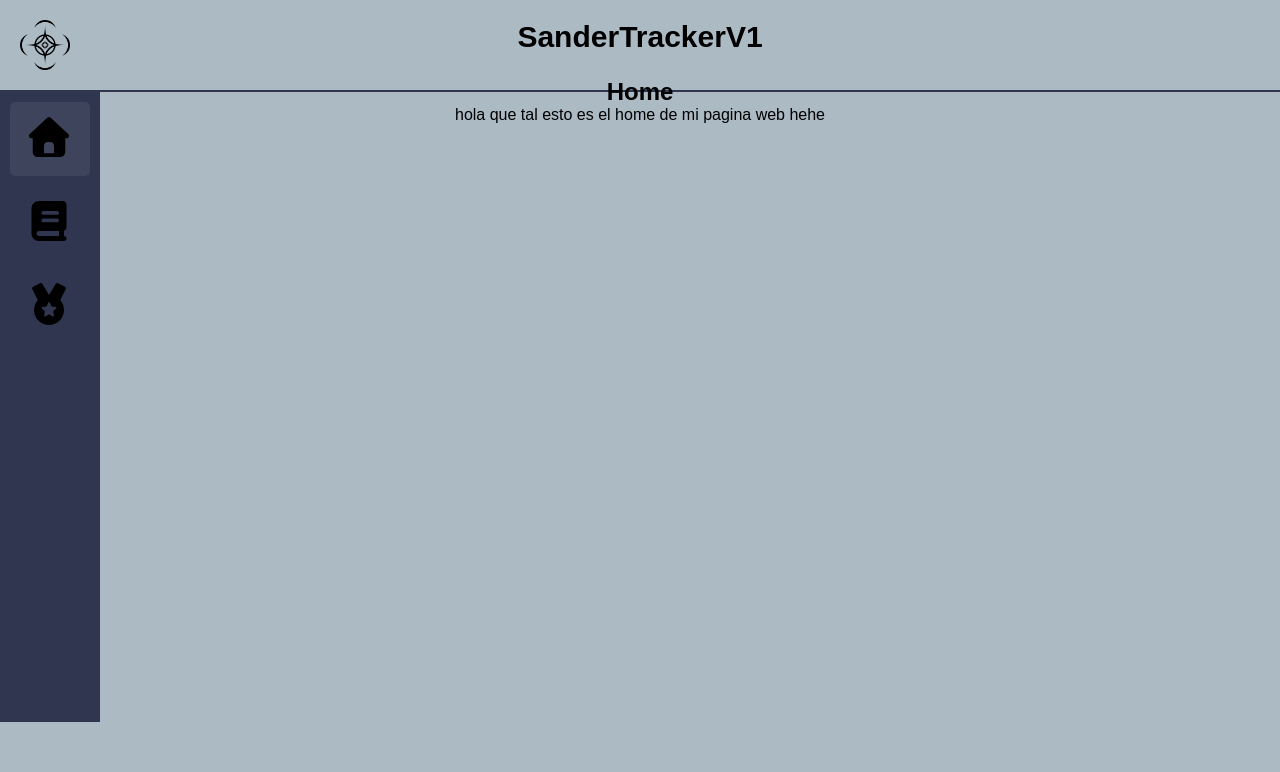
Repository: iocolopus/learn_web
Page: sandertracker_1/index.html
The author's editor kept a copy of each file at every save. The page is drawn from the files as they stood at one save, then again after the next save.
The browser window is 1280 px wide. The pictures show the whole page.
After loading, the first visible `div.navItem` was clicked once.

Above is the page before, as saved 2026-02-18 21:02:41.
Console error: ReferenceError: currentInNavItem is not defined

After the next save:
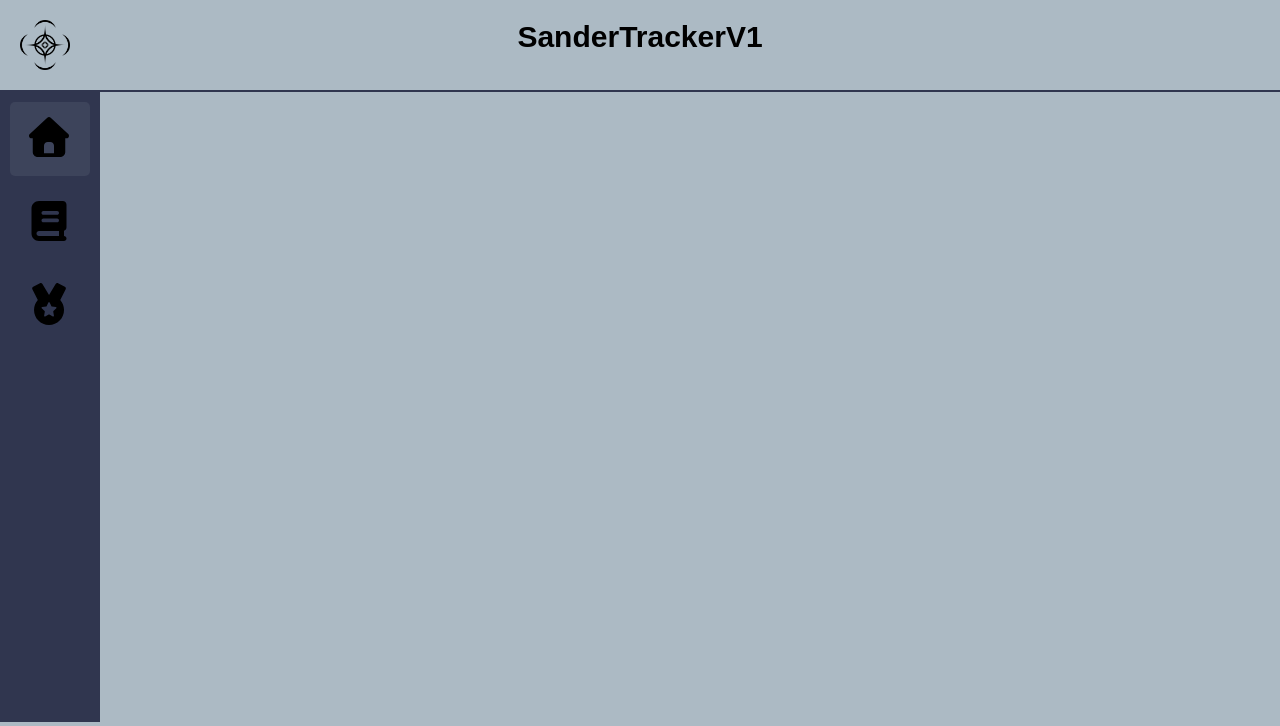
The error is gone.
Saved 5 s later.
--- a/sandertracker_1/script.js
+++ b/sandertracker_1/script.js
@@ -24,7 +24,7 @@ navBar.addEventListener("mouseleave", () => {
 navItems.forEach((navItem) =>
     navItem.addEventListener("click", (event) => {
     event.target.classList.add("inSection")
-    currentInNavItem.classList.remove("inSection")
-    currentInNavItem = event.target
+    currentinSection.classList.remove("inSection")
+    currentinSection = event.target
 })
 )
